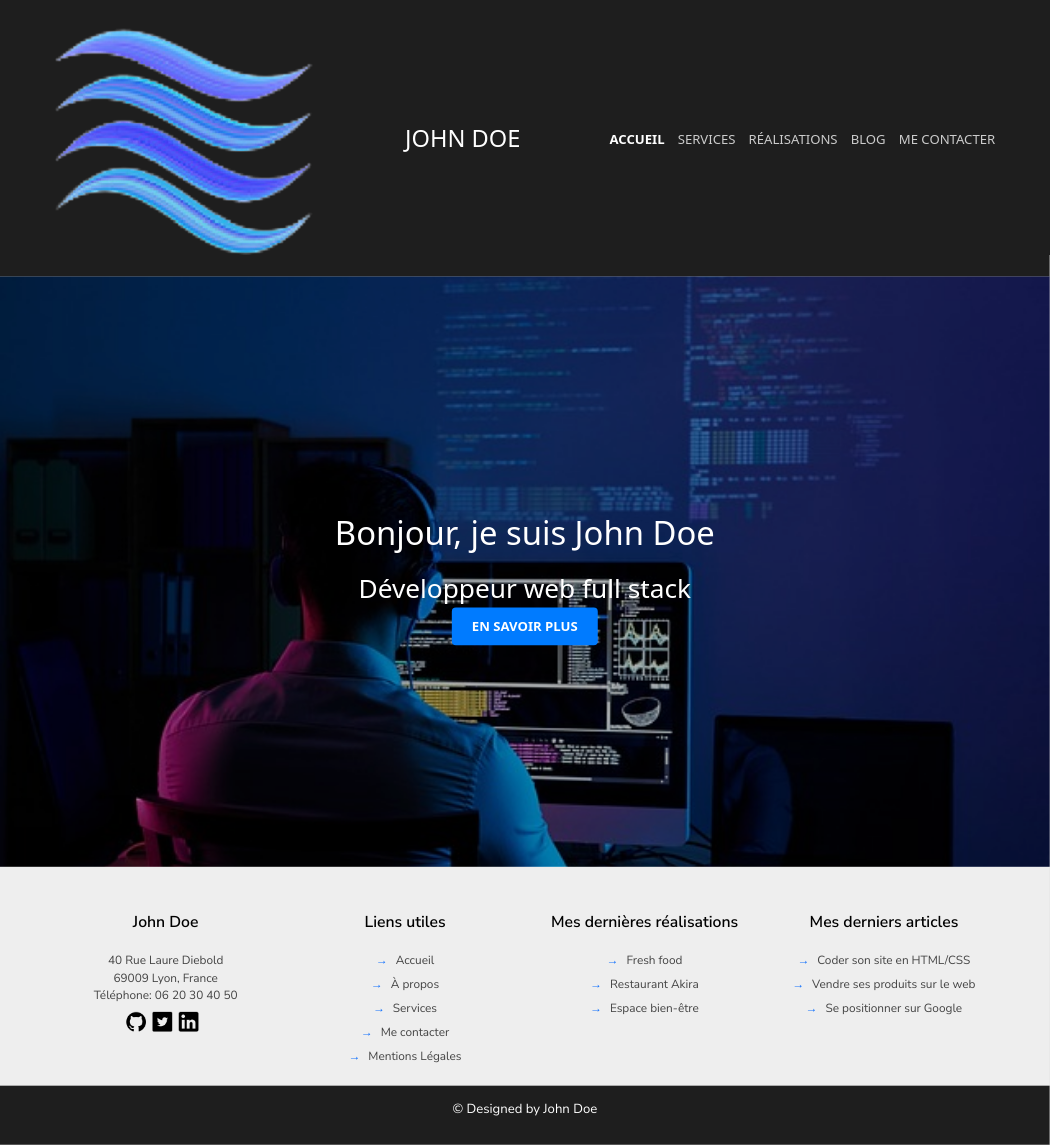
Repository: MagicCogs/optimisation-de-cv
Page: /
These files come from the project's save history. The page is drawn as it stood at one moment and after the next save; the edit follows.
The browser window is 1280 px wide. The pictures show the whole page, at 82% of full size.
The project was rebuilt for these pictures with package versions that can differ from the ones it lists, and the page was loaded fresh each time. Also part of the build but not shown: src/pages/Apropos.jsx, src/pages/Services.jsx, src/pages/Realisations.jsx, src/pages/Blog.jsx, src/pages/Contact.jsx, src/pages/MentionsLegales.jsx.

Above is the page before, as saved 2024-12-15 15:45:39.

### src/App.js
import React from 'react';
import { BrowserRouter as Router, Route, Routes } from 'react-router-dom';
import Header from './components/Header';
import Footer from './components/Footer';
import Accueil from './pages/Accueil';
import Apropos from './pages/Apropos';
import Services from './pages/Services';
import Realisations from './pages/Realisations';
import Blog from './pages/Blog';
import Contact from './pages/Contact';
import MentionsLegales from './pages/MentionsLegales';
import './styles/main.css';
import 'bootstrap/dist/css/bootstrap.min.css';


function App() {
  return (
    <Router>
      <Header />
        <Routes>
          <Route path="/" element={<Accueil />} />
          <Route path="/apropos" element={<Apropos />} />
          <Route path="/services" element={<Services />} />
          <Route path="/realisations" element={<Realisations />} />
          <Route path="/blog" element={<Blog />} />
          <Route path="/contact" element={<Contact />} />
          <Route path="/mentions-legales" element={<MentionsLegales />} />
        </Routes>
      <Footer />
    </Router>
  );
}

export default App;

### src/components/Header.jsx
import React, { useState } from 'react';
import { NavLink } from 'react-router-dom';
import '../styles/header.css';
import logo from '../images/logo.png';

const Header = () => {
  const [menuOpen] = useState(false);

  return (
    <header className="header">
      <div className="icon-card">
          <img src={logo} alt="Logo Icon" className="logo" />
      </div>
      <h1>JOHN DOE</h1>
      <nav className={`navbar ${menuOpen ? 'open' : ''}`}>
        <ul>
          <li>
            <NavLink exact to="/" activeClassName="active">
              ACCUEIL
            </NavLink>
          </li>
          <li>
            <NavLink className="nav-link" to="/services">
              SERVICES
            </NavLink>
          </li>
          <li>
            <NavLink className="nav-link" to="/realisations">
              RÉALISATIONS
            </NavLink>
          </li>
          <li>
            <NavLink className="nav-link" to="/blog">
              BLOG
            </NavLink>
          </li>
          <li>
            <NavLink className="nav-link" to="/contact">
              ME CONTACTER
            </NavLink>
          </li>
        </ul>
      </nav>
    </header>
  );
};

export default Header;

### src/components/Footer.jsx
import React, { useEffect } from 'react';
import { Link } from 'react-router-dom';
import '../styles/footer.css';
import githubIcon from '../images/github.png';
import twitterIcon from '../images/twitter.png';
import linkedinIcon from '../images/linkedin.png';

const Footer = () => {

  // Fonction pour faire défiler la page vers le haut
  const scrollToTop = () => {
    window.scrollTo({ top: 0, behavior: 'smooth' });
  };

  useEffect(() => {
    // Afficher ou cacher le bouton de retour en haut en fonction du défilement
    const handleScroll = () => {
      const scrollTopButton = document.getElementById('scrollTopButton');
      if (window.scrollY > 300) {
        scrollTopButton.style.display = 'block'; // Affiche le bouton si on défile plus de 300px
      } else {
        scrollTopButton.style.display = 'none'; // Cache le bouton si on est en haut de la page
      }
    };

    window.addEventListener('scroll', handleScroll); // Ajoute l'événement de scroll
    return () => {
      window.removeEventListener('scroll', handleScroll); // Nettoyage de l'événement
    };
  }, []);

  return (
    <footer className="footer-container">
      <div className="footer-content">
        <section id="profile">
          <h2>John Doe</h2>
          <p>40 Rue Laure Diebold<br />69009 Lyon, France<br />Téléphone: 06 20 30 40 50</p>
          <a href="https://github.com/MagicCogs" target="_blank" rel="nofollow noreferrer">
            <img src={githubIcon} alt="GitHub Icon" className="icon" />
          </a>
          <a href="https://x.com/home" target="_blank" rel="nofollow noreferrer">
            <img src={twitterIcon} alt="Twitter Icon" className="icon" />
          </a>
          <a href="https://www.linkedin.com/feed/?trk=guest_homepage-basic_google-one-tap-submit" target="_blank" rel="nofollow noreferrer">
            <img src={linkedinIcon} alt="LinkedIn Icon" className="icon" />
          </a>
        </section>

        <section id="liensutiles">
          <h2>Liens utiles</h2>
          <p><Link to="/">Accueil</Link></p>
          <p><Link to="/about">À propos</Link></p>
          <p><Link to="/services">Services</Link></p>
          <p><Link to="/contact">Me contacter</Link></p>
          <p><Link to="/mentions-legales">Mentions Légales</Link></p>
        </section>

        <section id="realisations">
          <h2>Mes dernières réalisations</h2>
          <p><Link to="/projects/fresh-food">Fresh food</Link></p>
          <p><Link to="/projects/akira-restaurant">Restaurant Akira</Link></p>
          <p><Link to="/projects/wellness-space">Espace bien-être</Link></p>
        </section>

        <section id="articles">
          <h2>Mes derniers articles</h2>
          <p><Link to="/blog/html-css">Coder son site en HTML/CSS</Link></p>
          <p><Link to="/blog/sell-online">Vendre ses produits sur le web</Link></p>
          <p><Link to="/blog/seo">Se positionner sur Google</Link></p>
        </section>
      </div>

      <div className="footer-bar">
        <p>© Designed by John Doe</p>
        <button
          id="scrollTopButton"
          className="scroll-top"
          onClick={scrollToTop}
        >
          ↑
        </button>
      </div>

    </footer>
  );
};

export default Footer;

### src/pages/Accueil.jsx
// src/pages/Accueil.jsx
import React from 'react';
import { Link } from 'react-router-dom';
import '../styles/main.css';

const Accueil = () => (
<div className="accueil">
<div className="accueil-content">
    <h1>Bonjour, je suis John Doe</h1>
    <h2>Développeur web full stack</h2>
    <Link to="/apropos" className="btn-apropos">
      En savoir plus
    </Link>
  </div>
</div>
);

export default Accueil;

### src/styles/main.css
@import url('https://fonts.googleapis.com/css2?family=Nunito+Sans:wght@400;600&display=swap');

strong {
  color: black;
}

h1, h2 {
  margin: 0;
  padding: 0.5rem;
}

h3, h4, h5, h6, strong {
  font-family: 'Nunito Sans', sans-serif;
  font-weight: 600;
}

@media (max-width: 768px) {
  body {
    font-size: 14px;
  }
}

body {
  font-family: 'Nunito Sans', sans-serif;
  background-color: #ffffff;
  color: #333;
  margin: 0;
}


@media (max-width: 1024px) and (min-width: 768px) {
  .accueil {
    height: auto;
    padding: 1rem;
  }
}

.accueil {
  position: relative;
  background-image: url('../images/background.png');
  background-size: cover;
  background-position: center;
  height: 100vh;
  display: flex;
  flex-direction: column;
  align-items: center;
  justify-content: center;
  color: white;
  text-align: center;
}

.accueil::before {
  content: '';
  position: absolute;
  top: 0;
  left: 0;
  width: 100%;
  height: 100%;
  background-color: rgba(0, 0, 0, 0.3);
  z-index: 1;
}

.accueil-content {
  position: relative;
  z-index: 2;
}

.btn-apropos {
  margin-top: 1.5rem;
  padding: 0.75rem 1.5rem;
  background-color: #007bff;
  color: white;
  font-weight: bold;
  border: none;
  border-radius: 5px;
  text-transform: uppercase;
  text-decoration: none;
}

.btn-apropos:hover {
  background-color: #0056b3;
}

.apropos-title {
  font-size: 2rem;
  font-weight: 600;
  text-align: center;
  margin-bottom: 1rem;
  position: relative;
}

.apropos-title::after {
  content: '';
  display: block;
  width: 80px;
  height: 3px;
  background-color: #007bff;
  margin: 0.5rem auto 1rem;
}

.apropos-container {
  display: flex;
  justify-content: center;
  align-items: center;
  padding: 2rem;
  background-color: #f8f9fa;
}

.apropos-window {
  background-color: #fff;
  padding: 2rem;
  border-radius: 10px;
  box-shadow: 0 4px 8px rgba(0, 0, 0, 0.2);
  max-width: 900px;
  width: 100%;
}

.apropos-content {
  display: flex;
  flex-direction: row;
}

.apropos-text {
  flex: 1;
  padding-right: 2rem;
}

.apropos-text h1 {
  font-weight: 600;
  font-size: 2rem;
  margin-bottom: 1rem;
}

.apropos-text p {
  font-size: 1rem;
  line-height: 1.6;
  color: #444;
}

.apropos-skills {
  flex: 1;
  text-align: center;
}

.apropos-image {
  max-width: 100%;
  margin-bottom: 1.5rem;
  box-shadow: 0 4px 8px rgba(0, 0, 0, 0.2);
}

.progress-bars h3 {
  font-size: 1.25rem;
  margin-bottom: 1rem;
  font-weight: 600;
}

.skill {
  margin-bottom: 1rem;
}

.skill span {
  display: flex;
  align-items: baseline;
  font-weight: 500;
  margin-bottom: 0.5rem;
}

.progress-bar {
  height: 20px;
  border-radius: 5px;
}

.html-bar .progress-bar {
  background-color: #e01802;
}

.css-bar .progress-bar {
  background-color: #00cefc;
}

.javascript-bar .progress-bar {
  background-color: #f1c40f;
}

.php-bar .progress-bar {
  background-color: #00702f;
}

.react-bar .progress-bar {
  background-color: #007bff;
}

.progress {
  background-color: #e0e0e0;
}

.underheader-image {
  width: 100%;
  height: 200px;
  background-image: url('../images/technologywaves.png');
  background-size: cover;
  background-position: center;
  background-repeat: no-repeat;
  margin: 0;
  padding: 0;
}

.services-page body {
    font-family: Arial, sans-serif;
    background-color: #0056b3;
  }

  .services-description h1 {
    margin-top: 5%;
  }

  .services-description {
    text-align: center;
    margin-bottom: 3rem;
  }

  .services-description p {
    font-size: 1.1rem;
    color: #666;
    max-width: 800px;
    margin: 0 auto;
    line-height: 1.6;
    margin-bottom: 10%;
  }

  .services-description p::after {
    content: '';
    display: block;
    width: 235px;
    height: 3px;
    background-color: #007bff;
    margin: 0.5rem auto 1rem;
    margin-top: 2%;
  }

  .services-list {
    display: flex;
    justify-content: space-between;
    gap: 2rem;
    margin-bottom: 3rem;
    flex-wrap: wrap;
  }

  .service-card {
    background-color: #ffffff;
    padding: 2rem;
    border-radius: 8px;
    box-shadow: 0 4px 6px rgba(0, 0, 0, 0.1);
    flex: 1;
    min-width: 200px;
    text-align: center;
  }

  .service-card .icon {
    height: 30%;
    width: 30%;
    margin: 5%;
  }

  .service-card h3 {
    font-size: 1.5rem;
    margin-bottom: 1rem;
  }

  .service-card p {
    font-size: 1rem;
    color: #444;
    line-height: 1.5;
  }

  .services-contact {
    text-align: center;
    background-color: #007bff;
    color: white;
    padding: 3rem;
    margin-top: 3rem;
    border-radius: 8px;
  }

  .services-contact h2 {
    font-size: 2rem;
    margin-bottom: 1rem;
  }

  .services-contact p {
    font-size: 1.1rem;
    margin-bottom: 2rem;
  }

  @media (max-width: 768px) {
    .services-list {
      flex-direction: column;
      align-items: center;
    }

    .service-card {
      width: 90%;
      margin-bottom: 2rem;
    }
  }


  .realisations-container {
    padding: 2rem;
    text-align: center;
  }

  .realisations-container strong::after {
    content: '';
    display: block;
    width: 200px;
    height: 4px;
    background-color: #007bff;
    margin: 0.5rem auto 1rem;
    margin-top: 2%;
  }

  .realisations-grid {
    margin-top: 7%;
    display: grid;
    grid-template-columns: repeat(auto-fill, minmax(250px, 1fr));
    gap: 1.5rem;
    padding: 0 1rem;
  }

  .realisations-card {
    background-color: #fff;
    border: 1px solid #ddd;
    border-radius: 8px;
    text-align: center;
    box-shadow: 0 4px 8px rgba(0, 0, 0, 0.1);
    transition: transform 0.3s ease, box-shadow 0.3s ease;
  }

  .realisations-card:hover {
    transform: translateY(-5px);
    box-shadow: 0 8px 16px rgba(0, 0, 0, 0.2);
  }

  .realisations-image {
    width: 100%;
    border-radius: 8px;
    margin-bottom: 1rem;
  }

  .realisations-card h3 {
    font-size: 1.25rem;
    font-weight: bold;
    color: #000000;
  }

  .realisations-card p {
    font-size: 0.9rem;
    color: #000000;
    padding: 2%;
  }

  .realisations-card .btn-primary {
    background-color: #ffffff;
    border-color: #0d6efd;
    color: #0d6efd;
    transition: background-color 0.3s ease;
  }

  .realisations.-card .btn-primary:hover {
    background-color: #0056b3;
  }

.under-button {
    margin-top: 20px;
    border-color: black;
    background-color: #EEE;
  }

.blog-container {
    padding: 2rem;
    background-color: #f8f9fa;
    display: flex;
    flex-direction: column;
    align-items: center;
  }

  .blog-container p strong::after {
    content: '';
    display: block;
    width: 200px;
    height: 3px;
    background-color: #007bff;
    margin: 0.5rem auto 1rem;
  }

  .blog-title {
    font-size: 2rem;
    font-weight: 600;
    text-align: center;
    margin-bottom: 2rem;
  }

  .blog-grid {
    display: flex;
    flex-wrap: wrap;
    gap: 1.5rem;
    justify-content: space-between;
  }

  .blog-card {
    background-color: #fff;
    border-radius: 8px;
    box-shadow: 0 4px 8px rgba(0, 0, 0, 0.1);
    flex: 1 1 calc(33.333% - 1.5rem);
    max-width: calc(33.333% - 1.5rem);
    display: flex;
    flex-direction: column;
    padding: 1rem;
    box-sizing: border-box;
  }

  .blog-card h3 {
    font-size: 1.25rem;
    font-weight: 600;
    margin-bottom: 0.5rem;
  }

  .blog-card p {
    font-size: 1rem;
    margin-bottom: 1rem;
    color: #555;
  }

  .blog-card-button {
    padding: 1%;
    background-color: #007bff;
    color: #fff;
    border-radius: 5px;
    cursor: pointer;
    transition: background-color 0.3s;
  }

  .blog-card-button:hover {
    background-color: #0056b3;
    color: white;
  }

  .date-publication {
    background-color: #f0f0f0;
    color: #333;
    font-size: 0.9rem;
    text-align: start;
    padding: 0.75rem 0;
    margin-top: 3%;
    border-top: 1px solid #ddd;
    border-radius: 0 0 8px 8px;
    width: 100%;
    bottom: 0;
    left: 0;
  }

  @media (max-width: 768px) {
    .blog-grid {
      flex-direction: column;
      gap: 1rem;
    }

    .blog-card {
      max-width: 100%;
      flex: none;
    }

    .blog-card img {
      width: 100%;
      height: auto;
    }
  }

  .blog-card h3 {
    font-size: 1.25rem;
    font-weight: 600;
    margin-bottom: 0.5rem;
  }

  .blog-card p {
    font-size: 1rem;
    margin-bottom: 1rem;
    color: #555;
  }

  .blog-card-button {
    padding: 2%;
    background-color: #007bff;
    color: #fff;
    border: none;
    border-radius: 5px;
    font-size: 1rem;
    cursor: pointer;
    transition: background-color 0.3s;
  }

  .blog-card-button:hover {
    background-color: #0056b3;
    color: white;
  }

  .date-publication {
    background-color: #f0f0f0;
    color: #333;
    font-size: 0.9rem;
    text-align: start;
    padding: 0.75rem 0;
    margin-top: 3%;
    border-top: 1px solid #ddd;
    border-radius: 0 0 8px 8px;
    width: 100%;
    bottom: 0;
    left: 0;
  }

  .contact-page {
    background-image: url('../images/keyboard.png');
    background-repeat: no-repeat;
    background-size: cover;
    background-position: center;
    min-height: 100vh;
    display: flex;
    justify-content: space-between;
    flex-direction: column;
    align-items: center;
    position: relative;
    z-index: 2;
}

  .contact-section {
    background-color: rgba(0, 105, 255, 0.5);
    padding: 1rem;
    border-radius: 8px;
    color: white;
  }

  .contact-container {
    width: 90%;
    max-width: 1200px;
    background-color: rgba(255, 255, 255, 0.9);
    padding: 40px;
    border-radius: 10px;
    box-shadow: 0 4px 10px rgba(0, 0, 0, 0.2);
    margin-bottom: 40px;
    flex-grow: 1;
}

  .contact-container h1 {
    font-size: 2.5rem;
    text-align: center;
    margin-bottom: 10px;
    color: #333;
  }

  .contact-text p {
    font-size: 80%;
    text-align: center;
    margin-bottom: 30px;
    color: #555;
  }

  .contact-text p::after {
    content: '';
    display: block;
    width: 200px;
    height: 4px;
    background-color: #007bff;
    margin: 0.5rem auto 1rem;
  }

  .contact-content {
    display: flex;
    flex-wrap: wrap;
    gap: 20px;
    justify-content: space-between;
  }

  .contact-form h2::after,
  .contact-map h2::after {
    content: '';
    display: flex;
    margin-left: 0;
    width: 100%;
    height: 2px;
    background-color: #007bff;
    margin: 0.5rem auto;
  }

  .contact-form {
    flex: 1;
    min-width: 350px;
    background-color: transparent;
    padding: 20px;
    border-radius: 8px;
    box-shadow: none;
  }

  .contact-form h2 {
    font-size: 1.5rem;
    margin-bottom: 20px;
    text-align: center;
  }

  .contact-form input,
  .contact-form textarea {
    width: 100%;
    margin-bottom: 15px;
    padding: 10px;
    border: 1px solid #ddd;
    border-radius: 5px;
  }

  .contact-submit {
    display: flex;
    justify-content: center;
    margin-top: 20px;
  }

  .contact-form button {
    margin-top: 20px;
    width: 30%;
    padding: 6px;
    background-color: #007BFF;
    color: #fff;
    border: none;
    border-radius: 5px;
    cursor: pointer;
  }

  .contact-form button:hover {
    background-color: #0056b3;
  }

  .contact-map {
    flex: 1;
    min-width: 300px;
    padding: 20px;
  }

  .contact-map h2 {
    font-size: 1.5rem;
    margin-bottom: 20px;
    text-align: center;
  }

  .contact-map .icon {
    width: 15px;
    height: 15px;
    margin-right: 5px;
  }

  .contact-map p {
    font-size: 70%;
    display: flex;
    align-items: center;
    margin: 5px 0;
  }


.mentions-legales-page {
    display: flex;
    flex-direction: column;
    justify-content: flex-start;
    align-items: center;
    min-height: 100vh;
    padding: 2rem;
    background-color: #f8f9fa;
  }

  .mentions-legales-container {
    max-width: 100%;
    width: 100%;
    border: 1px solid #dbdada;
    border-radius: 5%;
    background-color: white;
    text-align: left;
  }

  .accordion-section {
    border-bottom: 1px solid #ccc;
    border-radius: 0;
    background-color: #f9f9f9;
    width: 100%;
  }

  .accordion-section.open {
    background-color: #e0f3ff;
    border-color: #007bff;
  }

  .accordion-section.open .accordion-header h2 {
    color: #004085;
  }

  .accordion-section.open .accordion-content {
    color: #003366;
  }

  .accordion-section:last-child {
    border-bottom: none;
  }

  .accordion-header {
    display: flex;
    justify-content: space-between;
    align-items: center;
    cursor: pointer;
    padding: 1rem;
  }

  .accordion-header h2 {
    font-size: 1.4rem;
    color: #444;
  }

  .accordion-content {
    padding: 1rem;
    color: #555;
    font-size: 1rem;
    line-height: 1.6;
  }

  .accordion-content a {
    color: #007bff;
    text-decoration: none;
  }

  .accordion-content a:hover {
    text-decoration: underline;
  }

  .arrow {
    font-size: 1rem;
    color: #666;
    transition: transform 0.3s ease;
  }

  .arrow.up {
    transform: rotate(180deg);
  }

  .arrow.down {
    transform: rotate(0);
  }

### src/styles/header.css
.header {
    display: flex;
    flex-direction: column;
    align-items: center;
    justify-content: center;
    padding: 1rem;
    background-color: #1e1e1e;
    color: #ffffff;
    position: relative;
    z-index: 1000;
    width: 100%;
    transition: height 0.3s ease-out;
  }

  .logo {
    padding: -15%;
  }

  .header h1 {
    margin: 0;
    font-size: 1.8rem;
    color: #ffffff;
  }

  .navbar {
    display: none;
    flex-direction: column;
    align-items: center;
    width: 100%;
    background-color: #1e1e1e;
    position: absolute;
    top: 100%;
    left: 0;
    z-index: 999;
    overflow: hidden;
  }

  .navbar.open {
    display: flex;
  }

  .navbar ul {
    list-style-type: none;
    padding: 0;
    margin: 0;
    display: flex;
    flex-direction: column;
    align-items: center;
    gap: 1rem;
  }

  .navbar ul li a {
    color: #ccc;
    text-decoration: none;
    font-weight: 400;
    transition: color 0.3s;
  }

  .navbar ul li a:hover {
    color: #ffffff;
  }

  .navbar ul li a.active {
    color: #ffffff;
    font-weight: 600;
  }

  .hamburger {
    display: block;
    background: none;
    border: none;
    color: #ffffff;
    font-size: 1.5rem;
    cursor: pointer;
  }

  @media (min-width: 769px) {
    .header {
      flex-direction: row;
      justify-content: space-around;
      align-items: center;
    }

    .navbar {
      display: flex;
      position: static;
      flex-direction: row;
      width: auto;
      background-color: transparent;
    }

    .hamburger {
      display: none;
    }

    .navbar ul {
      flex-direction: row;
      gap: 1rem;
    }
  }

### src/styles/footer.css
@import url('https://fonts.googleapis.com/css2?family=Nunito+Sans:wght@400;600&display=swap');

footer {
  text-align: center;
  color: rgb(0, 0, 0);
}

.footer {
  display: flex;
  flex-direction: column;
  justify-content: space-between;
  min-height: 100vh;
  background-color: #EEE;
}

.footer-container {
  background-color: #EEE;
  color: #444;
  font-family: 'Nunito Sans', sans-serif;
  padding-top: 2rem;
}

.footer-content {
  display: flex;
  justify-content: space-between;
  max-width: 1200px;
  margin: 0 auto;
  padding: 1rem;
  flex-wrap: wrap;
}

.footer-content section {
  flex: 1;
  margin: 0 1rem;
}

.footer-content section h2 {
  color: black;
  font-family: 'Nunito Sans', sans-serif;
  font-weight: 600;
  font-size: 1.2rem;
  margin-bottom: 1rem;
}

.footer-content section p {
  font-family: 'Nunito Sans', sans-serif;
  font-weight: 400;
  margin: 0.5rem 0;
  font-size: 0.9rem;
}

.footer-content section p a {
  color: #444;
  text-decoration: none;
  padding-left: 1.5rem;
  position: relative;
}

.footer-content section p a::before {
  color: #0d6efd;
  content: '→';
  position: absolute;
  left: 0;
}

.icon {
  color: #1e1e1e;
  width: 24px;
  height: 24px;
  margin-right: 0.5rem;
  cursor: pointer;
}

.icon:hover {
  opacity: 0.8;
}

.footer-bar {
  display: flex;
  justify-content: center;
  align-items: center;
  gap: 1rem;
  background-color: #1e1e1e;
  color: white;
  text-align: center;
  padding: 1rem 0;
  width: 100%;
}

.scroll-top {
  background-color: #0d6efd;
  border: none;
  border-radius: 50%;
  color: white;
  width: 40px;
  height: 40px;
  cursor: pointer;
  font-size: 1.2rem;
  display: none;
}

.scroll-top:hover {
  opacity: 0.8;
}

Loaded but not shown: public/index.html (common file); src/index.js (common file); src/index.css (common file); src/reportWebVitals.js (common file)

After the next save:
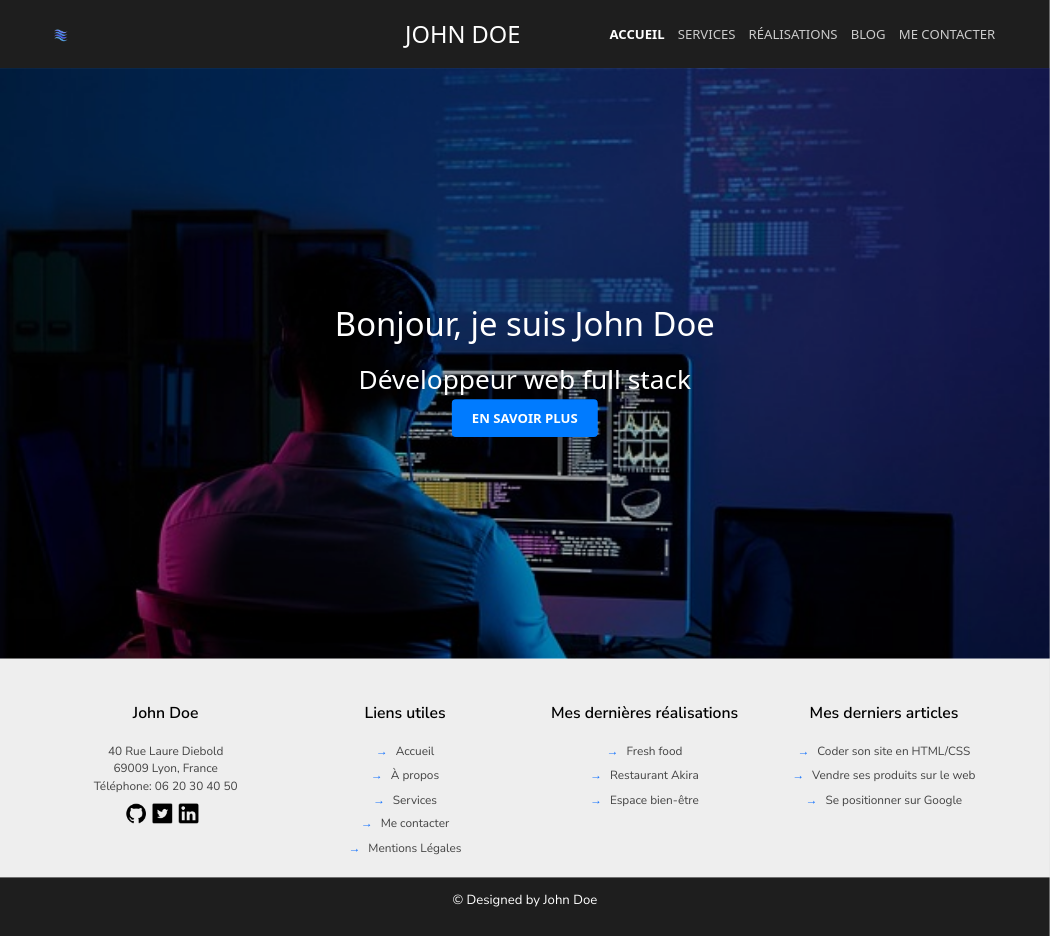
Saved 20 s later.
--- a/src/styles/header.css
+++ b/src/styles/header.css
@@ -13,7 +13,7 @@
   }
 
   .logo {
-    padding: -15%;
+    width: 5%;
   }
 
   .header h1 {
